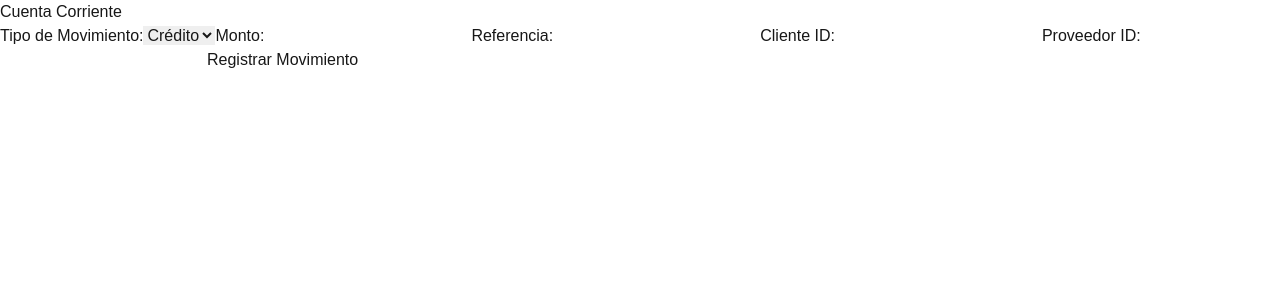
Repository: manucavallera/Sistema-Gestion
Page: /cuenta-corriente
An editor plug-in stored every save of this project. The page is shown before and after the next save, followed by the edit.
The browser window is 1280 px wide. The pictures show the whole page.
The page's requests for data from a server got no answer. The project was rebuilt for these pictures with package versions that can differ from the ones it lists, and the page was loaded fresh each time. The framework's server and built-in components were replaced by stand-ins that run in the browser. No one was signed in, and anything a server would have sent is missing. Also part of the build but not shown: next.config.mjs.

Above is the page before, as saved 2024-11-01 20:20:47.

### src/app/cuenta-corriente/page.tsx
// src/app/cuenta-corriente/page.tsx
"use client";

import { useState } from "react";

function CuentaCorrientePage() {
  const [tipo, setTipo] = useState("credito");
  const [monto, setMonto] = useState("");
  const [referencia, setReferencia] = useState("");
  const [clienteId, setClienteId] = useState("");
  const [proveedorId, setProveedorId] = useState("");
  const [mensaje, setMensaje] = useState("");

  const registrarMovimiento = async (e: React.FormEvent) => {
    e.preventDefault();
    try {
      const response = await fetch("/api/movimientos", {
        method: "POST",
        headers: {
          "Content-Type": "application/json",
        },
        body: JSON.stringify({
          tipo,
          monto: parseFloat(monto),
          clienteId,
          proveedorId,
          referencia,
        }),
      });

      if (response.ok) {
        setMensaje("Movimiento registrado con éxito.");
      } else {
        setMensaje("Error al registrar movimiento.");
      }
    } catch (error) {
      setMensaje("Error de conexión.");
    }
  };

  return (
    <div>
      <h1>Cuenta Corriente</h1>
      <form onSubmit={registrarMovimiento}>
        <label>
          Tipo de Movimiento:
          <select value={tipo} onChange={(e) => setTipo(e.target.value)}>
            <option value='credito'>Crédito</option>
            <option value='debito'>Débito</option>
          </select>
        </label>
        <label>
          Monto:
          <input
            type='number'
            value={monto}
            onChange={(e) => setMonto(e.target.value)}
            required
          />
        </label>
        <label>
          Referencia:
          <input
            type='text'
            value={referencia}
            onChange={(e) => setReferencia(e.target.value)}
          />
        </label>
        <label>
          Cliente ID:
          <input
            type='text'
            value={clienteId}
            onChange={(e) => setClienteId(e.target.value)}
          />
        </label>
        <label>
          Proveedor ID:
          <input
            type='text'
            value={proveedorId}
            onChange={(e) => setProveedorId(e.target.value)}
          />
        </label>
        <button type='submit'>Registrar Movimiento</button>
      </form>
      {mensaje && <p>{mensaje}</p>}
    </div>
  );
}

export default CuentaCorrientePage;

Loaded but not shown: src/app/layout.tsx (common file); src/app/globals.css (common file); tailwind.config.ts (common file)

After the next save:
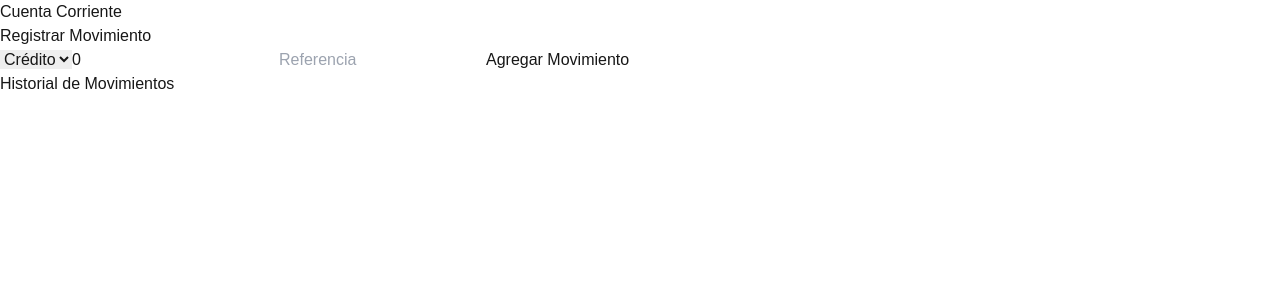
Saved 26 s later.
--- a/src/app/cuenta-corriente/page.tsx
+++ b/src/app/cuenta-corriente/page.tsx
@@ -1,90 +1,104 @@
-// src/app/cuenta-corriente/page.tsx
-"use client";
+// src/app/cuentaCorriente/page.tsx
+import { useEffect, useState } from "react";
 
-import { useState } from "react";
+function CuentaCorrientePage({ clienteId, proveedorId }) {
+  const [movimientos, setMovimientos] = useState([]);
+  const [nuevoMovimiento, setNuevoMovimiento] = useState({
+    tipo: "credito",
+    monto: 0,
+    referencia: "",
+  });
 
-function CuentaCorrientePage() {
-  const [tipo, setTipo] = useState("credito");
-  const [monto, setMonto] = useState("");
-  const [referencia, setReferencia] = useState("");
-  const [clienteId, setClienteId] = useState("");
-  const [proveedorId, setProveedorId] = useState("");
-  const [mensaje, setMensaje] = useState("");
+  useEffect(() => {
+    const obtenerMovimientos = async () => {
+      try {
+        const response = await fetch(
+          `/api/movimientos?clienteId=${clienteId}&proveedorId=${proveedorId}`
+        );
+        if (response.ok) {
+          const data = await response.json();
+          setMovimientos(data);
+        } else {
+          console.error("Error al obtener movimientos");
+        }
+      } catch (error) {
+        console.error("Error de conexión", error);
+      }
+    };
 
-  const registrarMovimiento = async (e: React.FormEvent) => {
-    e.preventDefault();
+    obtenerMovimientos();
+  }, [clienteId, proveedorId]);
+
+  const handleInputChange = (e) => {
+    const { name, value } = e.target;
+    setNuevoMovimiento((prev) => ({ ...prev, [name]: value }));
+  };
+
+  const agregarMovimiento = async () => {
     try {
       const response = await fetch("/api/movimientos", {
         method: "POST",
-        headers: {
-          "Content-Type": "application/json",
-        },
+        headers: { "Content-Type": "application/json" },
         body: JSON.stringify({
-          tipo,
-          monto: parseFloat(monto),
+          ...nuevoMovimiento,
+          monto: parseFloat(nuevoMovimiento.monto),
           clienteId,
           proveedorId,
-          referencia,
         }),
       });
 
       if (response.ok) {
-        setMensaje("Movimiento registrado con éxito.");
+        const movimiento = await response.json();
+        setMovimientos((prev) => [movimiento, ...prev]);
+        setNuevoMovimiento({ tipo: "credito", monto: 0, referencia: "" });
       } else {
-        setMensaje("Error al registrar movimiento.");
+        console.error("Error al agregar movimiento");
       }
     } catch (error) {
-      setMensaje("Error de conexión.");
+      console.error("Error de conexión", error);
     }
   };
 
   return (
     <div>
-      <h1>Cuenta Corriente</h1>
-      <form onSubmit={registrarMovimiento}>
-        <label>
-          Tipo de Movimiento:
-          <select value={tipo} onChange={(e) => setTipo(e.target.value)}>
-            <option value='credito'>Crédito</option>
-            <option value='debito'>Débito</option>
-          </select>
-        </label>
-        <label>
-          Monto:
-          <input
-            type='number'
-            value={monto}
-            onChange={(e) => setMonto(e.target.value)}
-            required
-          />
-        </label>
-        <label>
-          Referencia:
-          <input
-            type='text'
-            value={referencia}
-            onChange={(e) => setReferencia(e.target.value)}
-          />
-        </label>
-        <label>
-          Cliente ID:
-          <input
-            type='text'
-            value={clienteId}
-            onChange={(e) => setClienteId(e.target.value)}
-          />
-        </label>
-        <label>
-          Proveedor ID:
-          <input
-            type='text'
-            value={proveedorId}
-            onChange={(e) => setProveedorId(e.target.value)}
-          />
-        </label>
-        <button type='submit'>Registrar Movimiento</button>
-      </form>
-      {mensaje && <p>{mensaje}</p>}
+      <h2>Cuenta Corriente</h2>
+      <div>
+        <h3>Registrar Movimiento</h3>
+        <select
+          name='tipo'
+          value={nuevoMovimiento.tipo}
+          onChange={handleInputChange}
+        >
+          <option value='credito'>Crédito</option>
+          <option value='debito'>Débito</option>
+        </select>
+        <input
+          type='number'
+          name='monto'
+          value={nuevoMovimiento.monto}
+          onChange={handleInputChange}
+          placeholder='Monto'
+        />
+        <input
+          type='text'
+          name='referencia'
+          value={nuevoMovimiento.referencia}
+          onChange={handleInputChange}
+          placeholder='Referencia'
+        />
+        <button onClick={agregarMovimiento}>Agregar Movimiento</button>
+      </div>
+
+      <h3>Historial de Movimientos</h3>
+      <ul>
+        {movimientos.map((mov) => (
+          <li key={mov.id}>
+            {mov.tipo === "credito" ? "+" : "-"}${mov.monto} -{" "}
+            {mov.referencia ? `Referencia: ${mov.referencia}` : ""} - Saldo: $
+            {mov.saldo}
+          </li>
+        ))}
+      </ul>
     </div>
   );
 }
